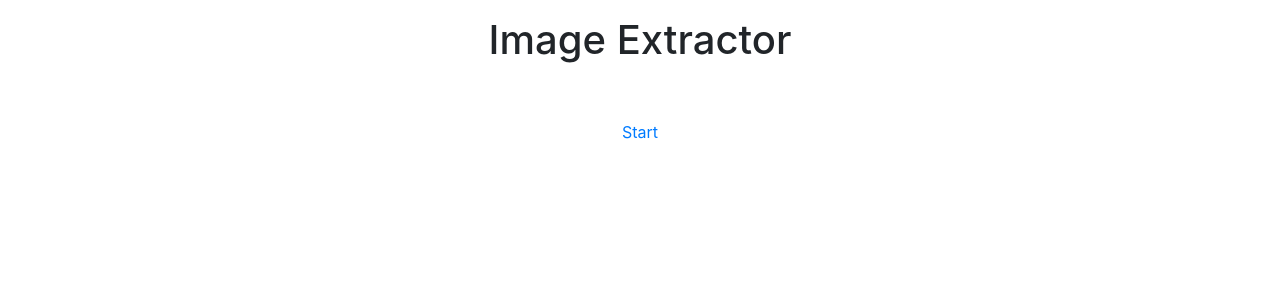
Repository: Rainam98/ImageExtractor
Page: http://localhost/demo/
An editor plug-in stored every save of this project. The page is shown before and after the next save, followed by the edit.
The browser window is 1280 px wide. The pictures show the whole page.
The page is served by Tomcat 9. Other server files are loaded and not shown.

Above is the page before, as saved 2023-06-02 05:03:18.

### demo/src/main/webapp/index.jsp
<!DOCTYPE html PUBLIC "-//W3C//DTD HTML 4.01 Transitional//EN" "http://www.w3.org/TR/html4/loose.dtd">
<html>
<head>
<link rel="stylesheet"
	href="https://cdn.jsdelivr.net/npm/bootstrap@4.3.1/dist/css/bootstrap.min.css"
	integrity="sha384-ggOyR0iXCbMQv3Xipma34MD+dH/1fQ784/j6cY/iJTQUOhcWr7x9JvoRxT2MZw1T"
	crossorigin="anonymous">
<title>Image Extractor</title>
</head>
<body>
<div class="text-center">
	<h1 class="mt-3">Image Extractor</h1>
	<br>
	<br>
	<a href="/start">Start</a>
	</div>
</body>
</html>

After the next save:
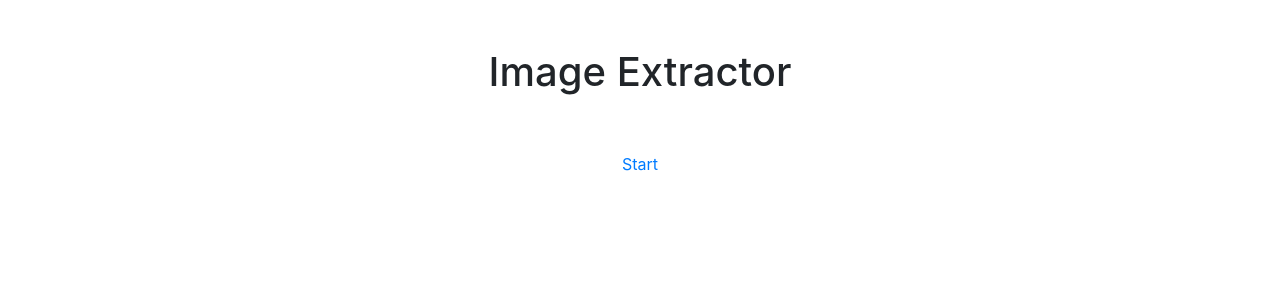
Saved 6 s later.
--- a/demo/src/main/webapp/index.jsp
+++ b/demo/src/main/webapp/index.jsp
@@ -9,7 +9,7 @@
 </head>
 <body>
 <div class="text-center">
-	<h1 class="mt-3">Image Extractor</h1>
+	<h1 class="mt-5">Image Extractor</h1>
 	<br>
 	<br>
 	<a href="/start">Start</a>
